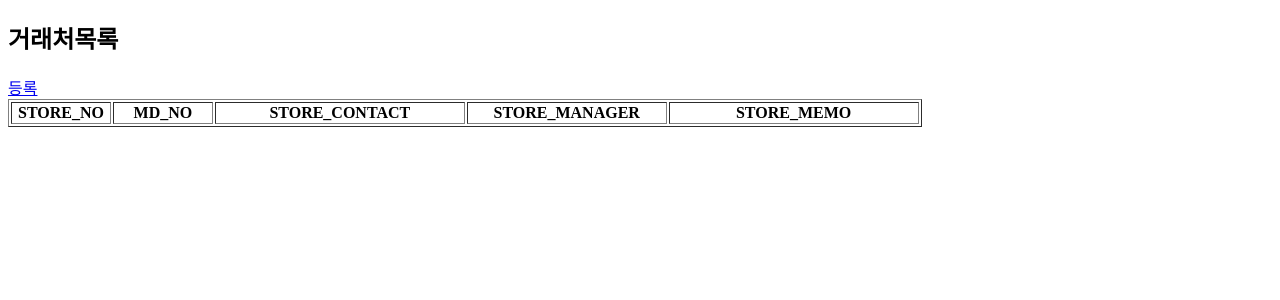
Repository: 2022-kh-final-mothlymoon/moon-back
Page: http://localhost/sellermoon/store/detail.jsp
These files come from the project's save history. The page is drawn as it stood at one moment and after the next save; the edit follows.
The browser window is 1280 px wide. The pictures show the whole page.
The page is served by Tomcat 9.

Above is the page before, as saved 2022-10-22 11:47:56.

After the next save:
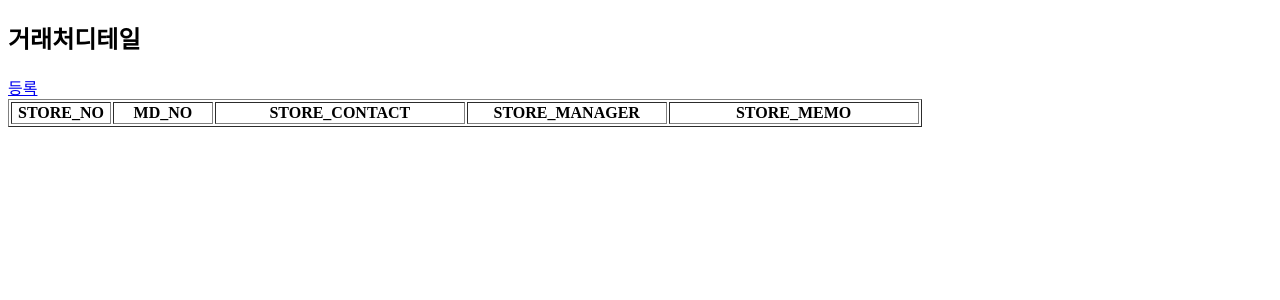
Saved 63 min 34 s later.
--- a/sellermoon/src/main/webapp/store/detail.jsp
+++ b/sellermoon/src/main/webapp/store/detail.jsp
@@ -28,9 +28,12 @@ String FIELD = "";
 <meta charset="UTF-8">
 <title>거래처목록 view</title>
 </head>
-
+<script type="text/javascript">
+	console.log('거래처디테일호출 성공');
+	console.log('${storeList.STORE_NO}');
+</script>
 <body>
-	<h2>거래처목록</h2>
+	<h2>거래처디테일</h2>
 	<table border="1px">
 		<colgroup>
 			<col style="width: 10%;" />
